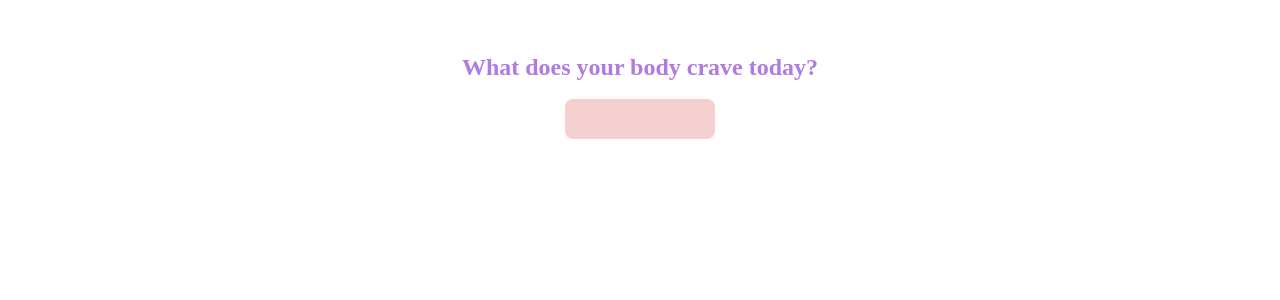
Repository: karim0829/Bella-Oter-Project
Page: index.html
An editor plug-in stored every save of this project. The page is shown before and after the next save, followed by the edit.
The browser window is 1280 px wide. The pictures show the whole page.

Above is the page before, as saved 2025-06-30 19:18:07.

### index.html
<!DOCTYPE html>
<html lang="en">
<head>
    <meta charset="UTF-8">
    <meta name="viewport" content="width=device-width, initial-scale=1.0">
    <title>Bella Oter</title>
    <link rel="stylesheet" href = "style.css">
</head>
<body>
    <br>
    <br>
    <br>
    <form>
        <label><h1>What does your body crave today?</h1></label><br>
        <button type = 'submit' id = 'grounding' name='grounding'>
    </form>
</body>
</html>

### style.css

* {
    padding:0;
    margin:0;

}

body {
    text-align: center;
}

form h1 {
    font-size:24px;
    text-align: center;
    color:rgba(125, 37, 207, 0.613)
}

 button {
    width: 150px;
    height: 40px;
    cursor: pointer;
    border: none;
    border-radius: 8px;
    background-color: #f3cfcf;
    font-size: 16px;
}

After the next save:
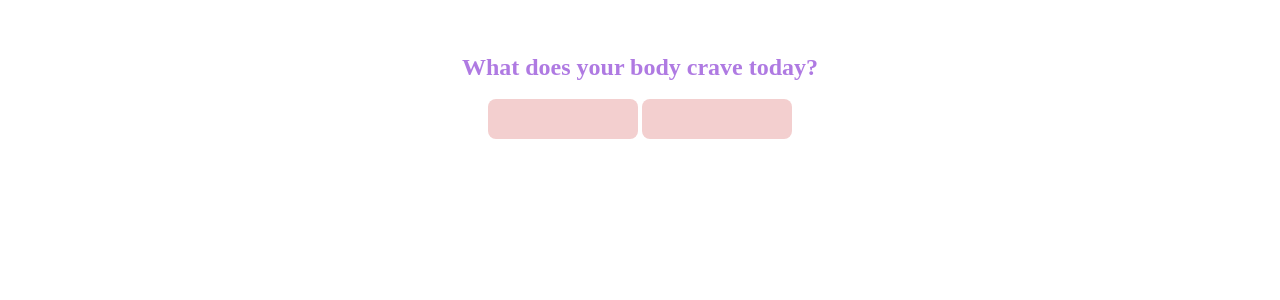
Saved 13 s later.
--- a/index.html
+++ b/index.html
@@ -12,7 +12,8 @@
     <br>
     <form>
         <label><h1>What does your body crave today?</h1></label><br>
-        <button type = 'submit' id = 'grounding' name='grounding'>
+        <button type = 'submit' id = 'grounding' name='grounding'></button>
+        <button type = 'submit' id = 'grounding' name='grounding'></button>
     </form>
 </body>
 </html>
